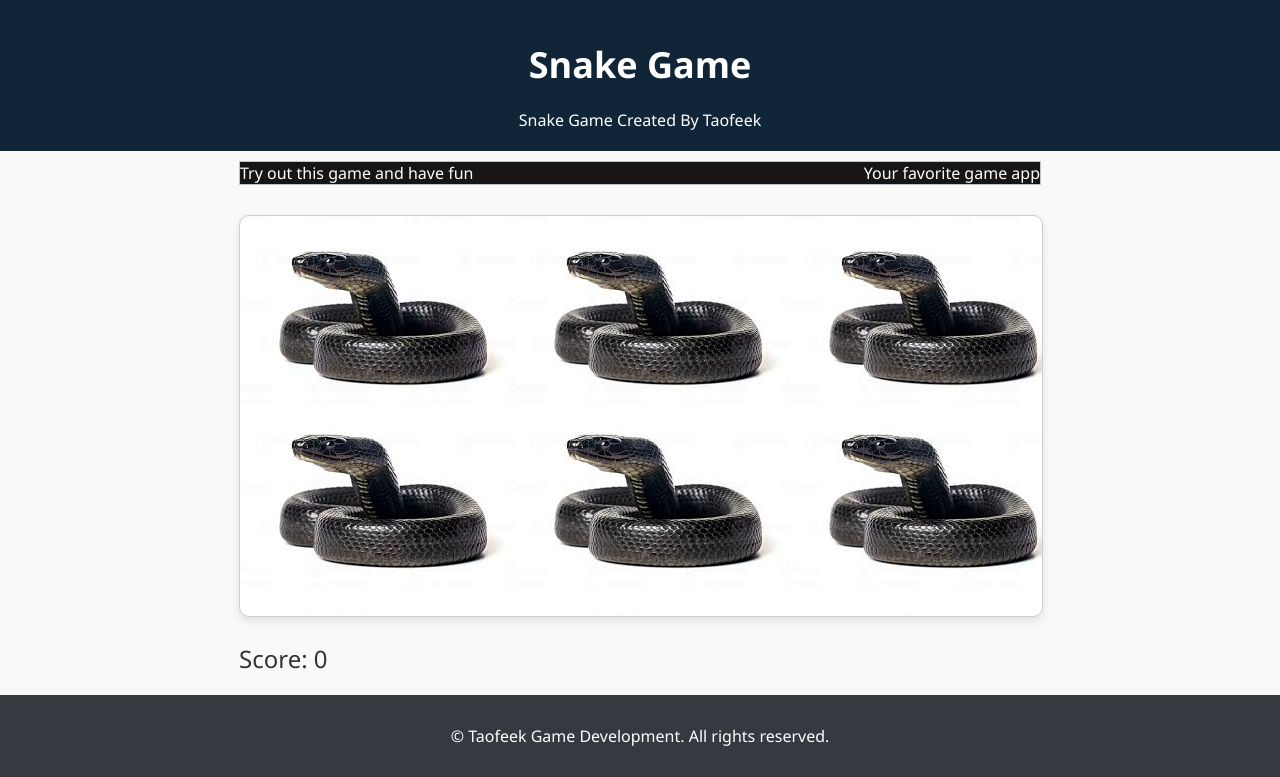
Repository: Taofeekolusola/Landing-page
Page: index.html
These files come from the project's save history. The page is drawn as it stood at one moment and after a run of saves; the edit follows.
The browser window is 1280 px wide. The pictures show the whole page.

Above is the page before, as saved 2024-05-06 18:54:38.
Not found: script.js

After the next 2 saves:
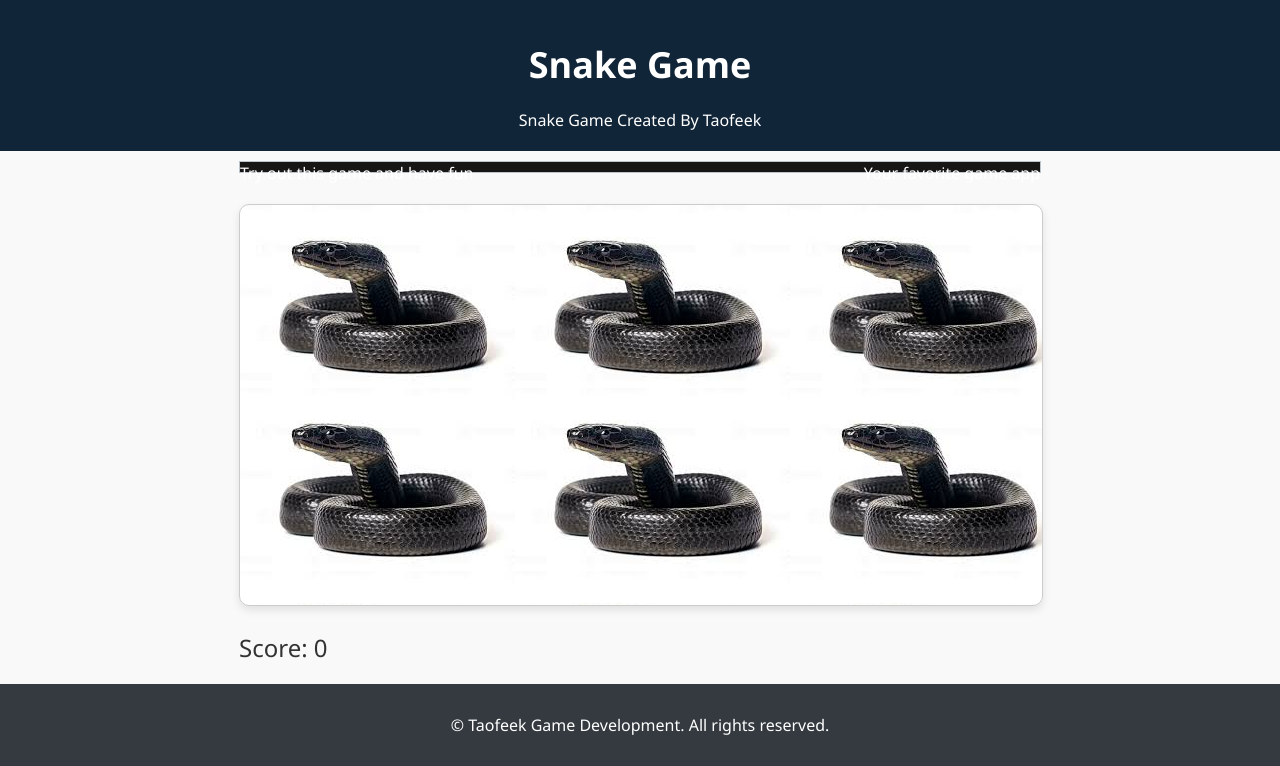
The 2 saves are shown as one change because they came seconds apart.
The last was saved 5 s later.
--- a/styles.css
+++ b/styles.css
@@ -39,7 +39,7 @@ header h1 {
     border: 1px solid #bcc4cc;
     background-color: #181515;
     color: #FFFFFF;
-    height:
+    height: 10px;
 }
 
 .left {
